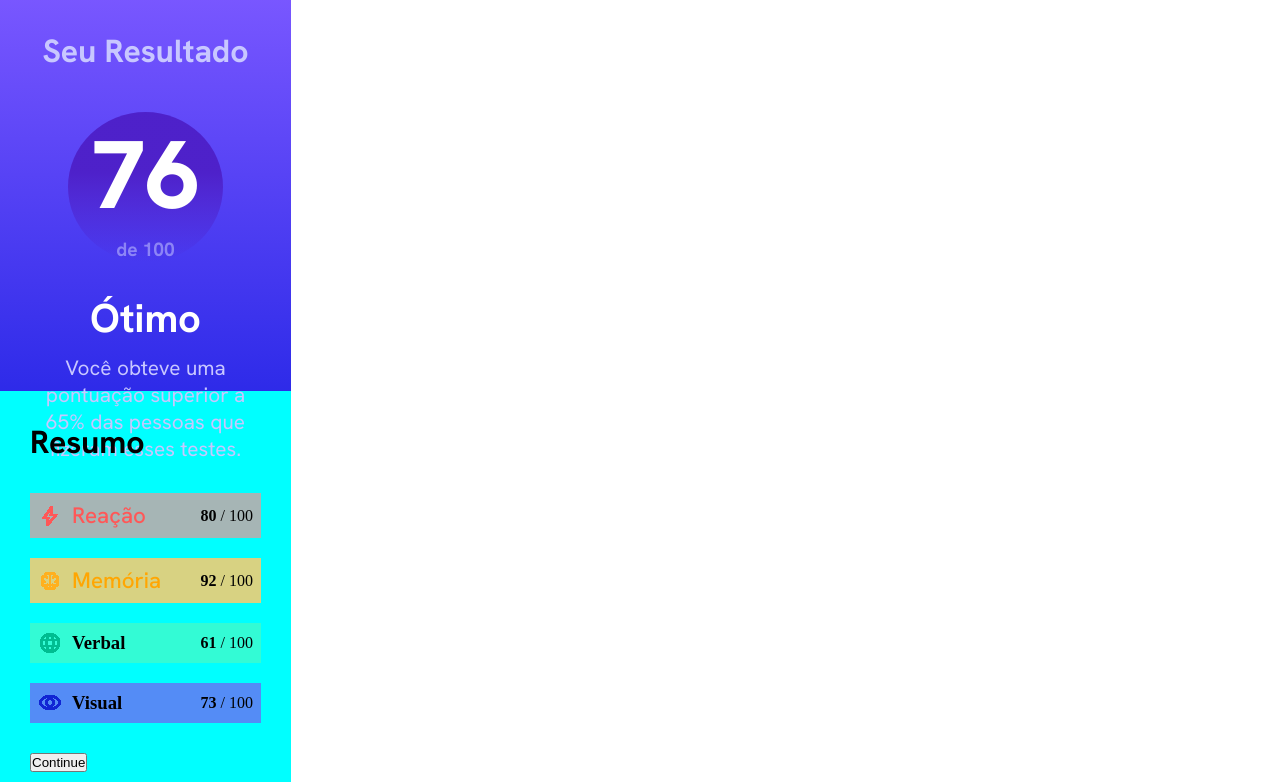
Repository: caique2512/resumo-de-resultados
Page: index.html
These files come from the project's save history. The page is drawn as it stood at one moment and after the next save; the edit follows.
The browser window is 1280 px wide. The pictures show the whole page.

Above is the page before, as saved 2026-03-13 17:18:33.

After the next save:
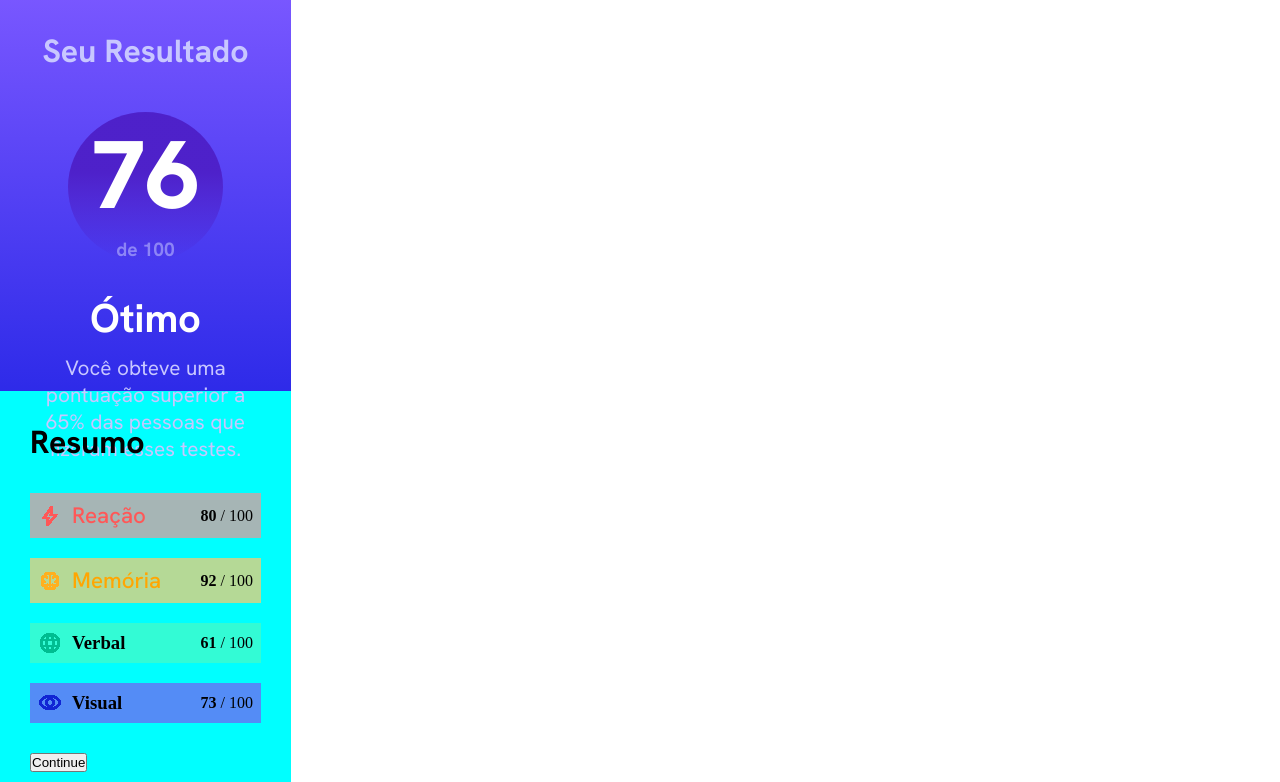
Saved 8 s later.
--- a/src/css/estilos.css
+++ b/src/css/estilos.css
@@ -118,7 +118,7 @@
     display: flex;
     align-items: center;
     justify-content: space-between;
-    background-color: hsla(39, 97%, 71%, 0.853);
+    background-color: hsla(39, 97%, 71%, 0.719);
     padding: 8px;
 }
 

After the 3 saves that followed:
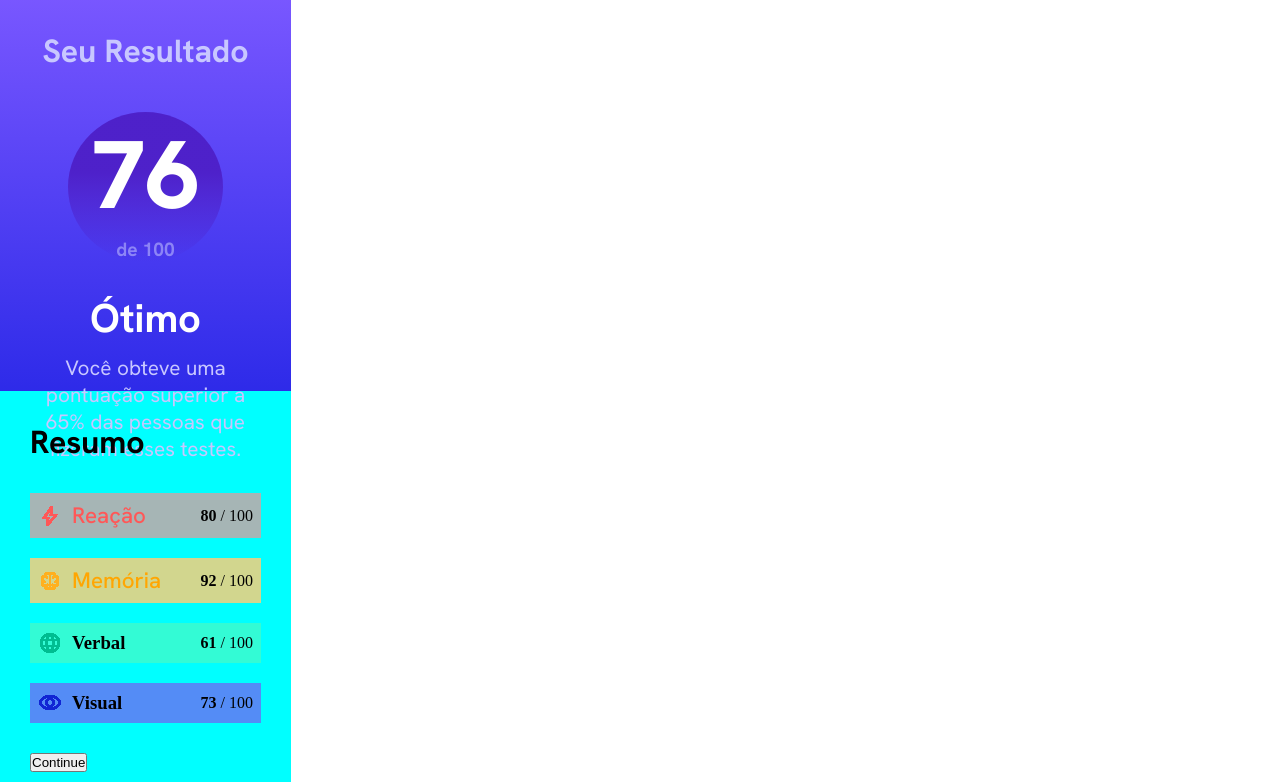
The 3 saves are shown as one change because they came seconds apart.
The last was saved 8 s later.
--- a/src/css/estilos.css
+++ b/src/css/estilos.css
@@ -118,7 +118,7 @@
     display: flex;
     align-items: center;
     justify-content: space-between;
-    background-color: hsla(39, 97%, 71%, 0.719);
+    background-color: hsla(39, 96%, 73%, 0.834);
     padding: 8px;
 }
 
